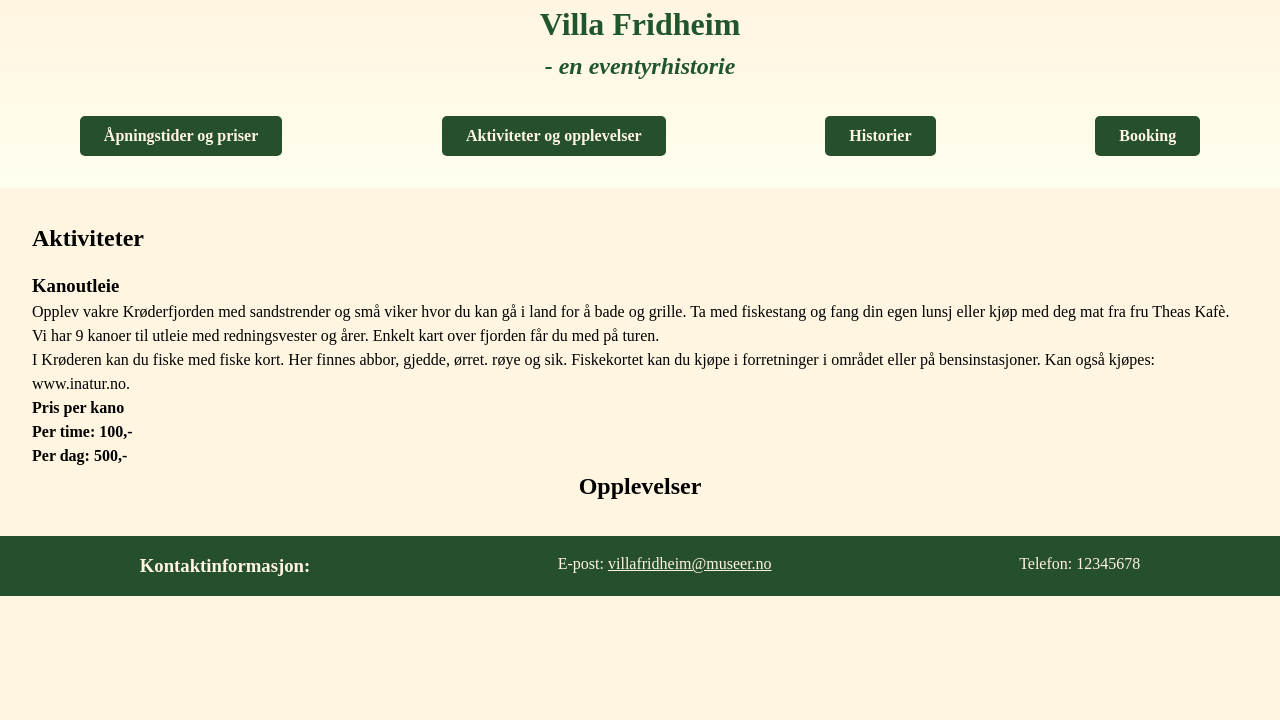
Repository: IdaHolmen/villa-fridheim
Page: src/activities.html
An editor plug-in stored every save of this project. The page is shown before and after the next save, followed by the edit.
The browser window is 1280 px wide. The pictures show the whole page.
Some web fonts or font styles are not loaded; a fallback is used.

Above is the page before, as saved 2024-10-07 13:36:24.

After the next save:
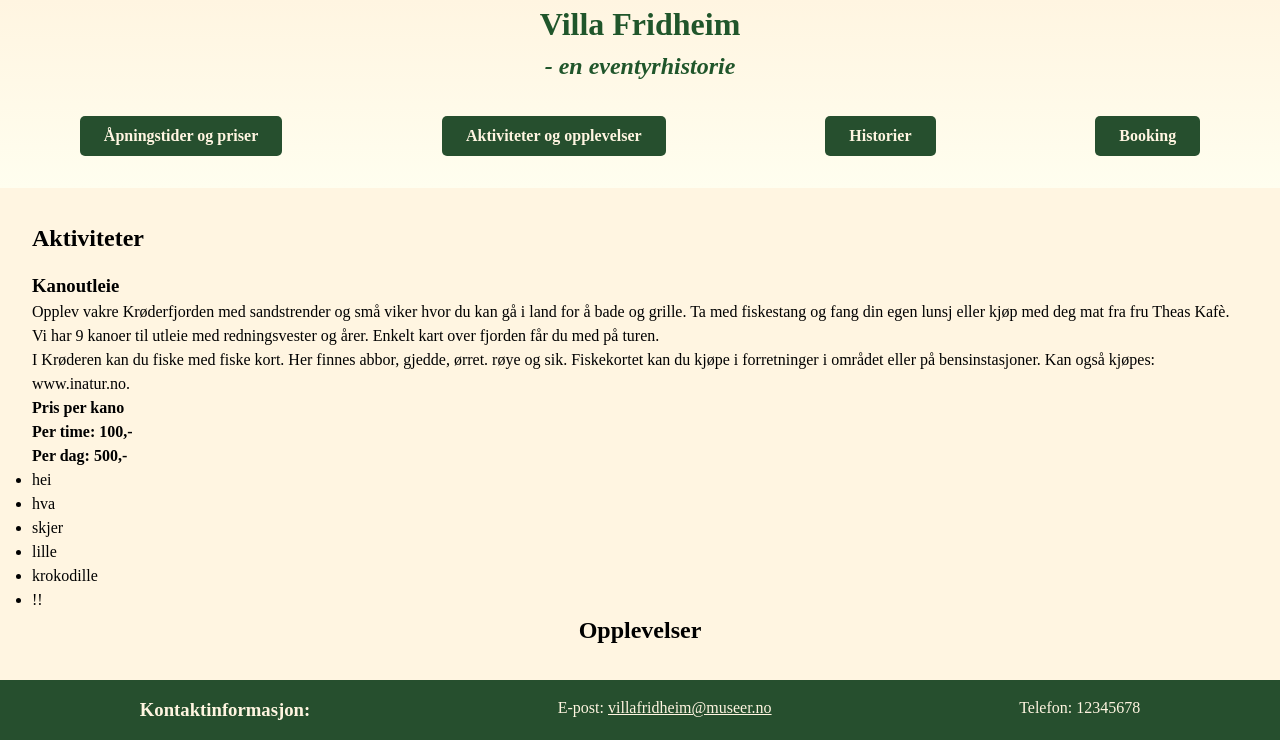
Saved 2 min 15 s later.
--- a/src/activities.html
+++ b/src/activities.html
@@ -44,6 +44,15 @@
                         <p>Per dag: 500,-</p>
                     </div>
                 </article>
+
+                <ul>
+                    <li>hei</li>
+                    <li>hva</li>
+                    <li>skjer</li>
+                    <li>lille</li>
+                    <li>krokodille</li>
+                    <li>!!</li>
+                </ul>
             </section>
             <section class="experiences-section">
                 <h2>Opplevelser</h2>
